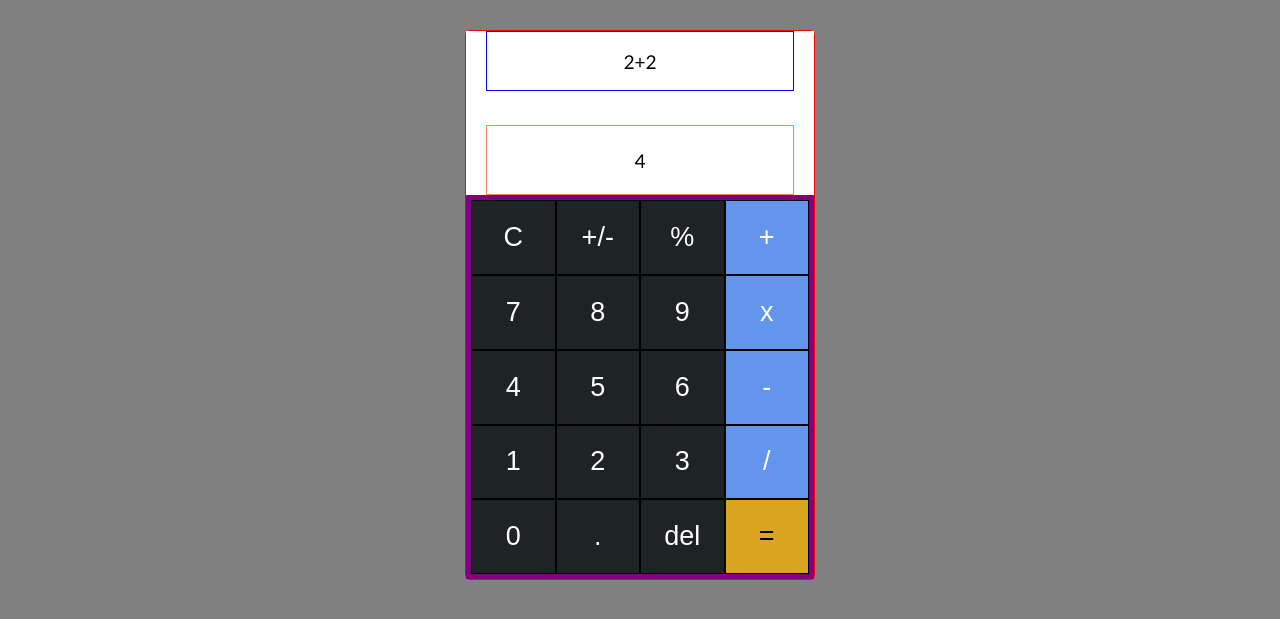
Repository: OfirLana/Calculator
Page: index.html
An editor plug-in stored every save of this project. The page is shown before and after the next save, followed by the edit.
The browser window is 1280 px wide. The pictures show the whole page.

Above is the page before, as saved 2019-03-14 19:05:18.

After the next save:
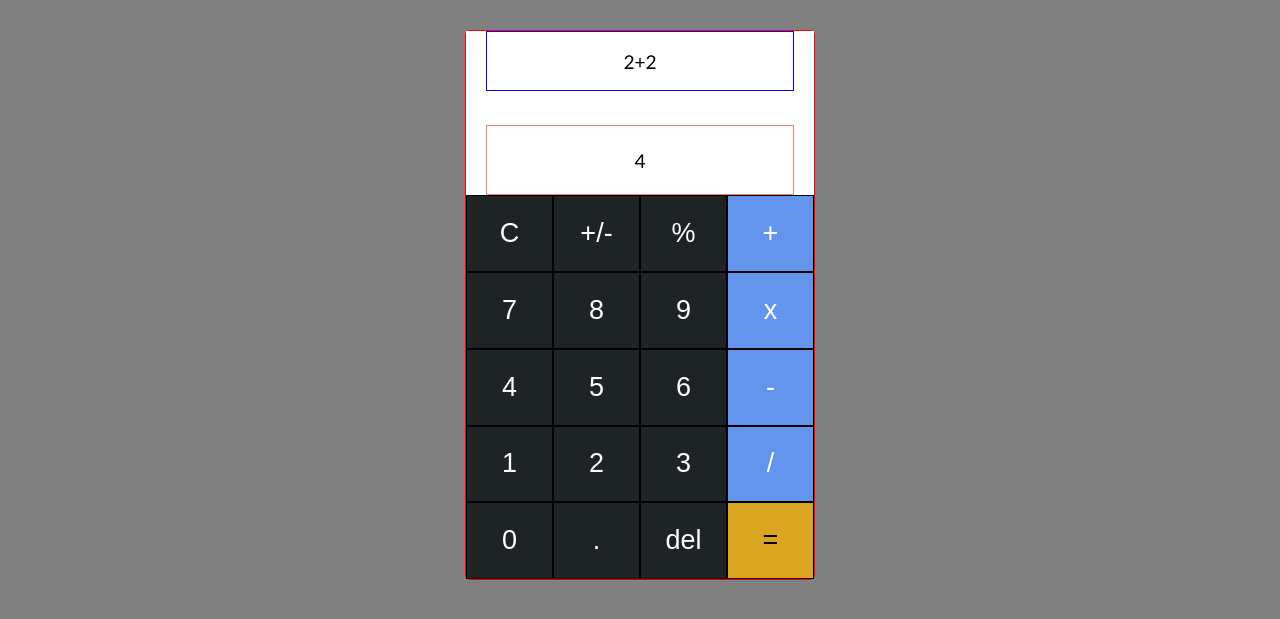
Saved 8 s later.
--- a/style.css
+++ b/style.css
@@ -75,7 +75,7 @@ body {
     /* flex-direction: column; */
     flex-wrap:wrap;
     width:100%;
-    border:5px solid purple;
+    /* border:5px solid purple; */
     flex-basis:70%;
 }
 
